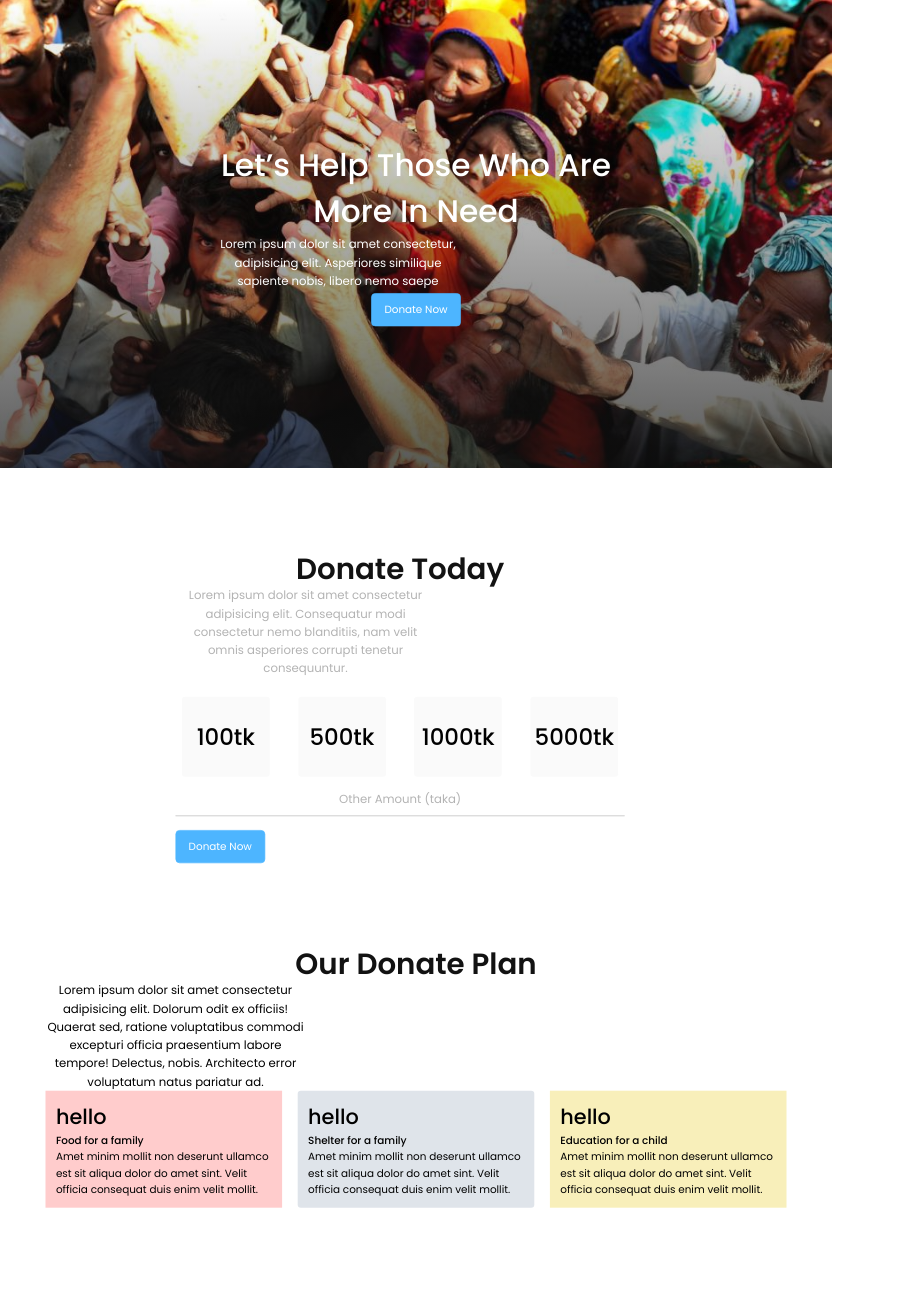
Repository: mdrubel02/donate-website
Page: index.html
An editor plug-in stored every save of this project. The page is shown before and after the next save, followed by the edit.
The browser window is 1280 px wide. The page is 1280 px wide, then 1414 px, so the pictures cover 1414 px, including what lies to the right of the window. The pictures show the whole page, at 65% of full size.

Above is the page before, as saved 2022-07-06 14:55:42.

After the next save:
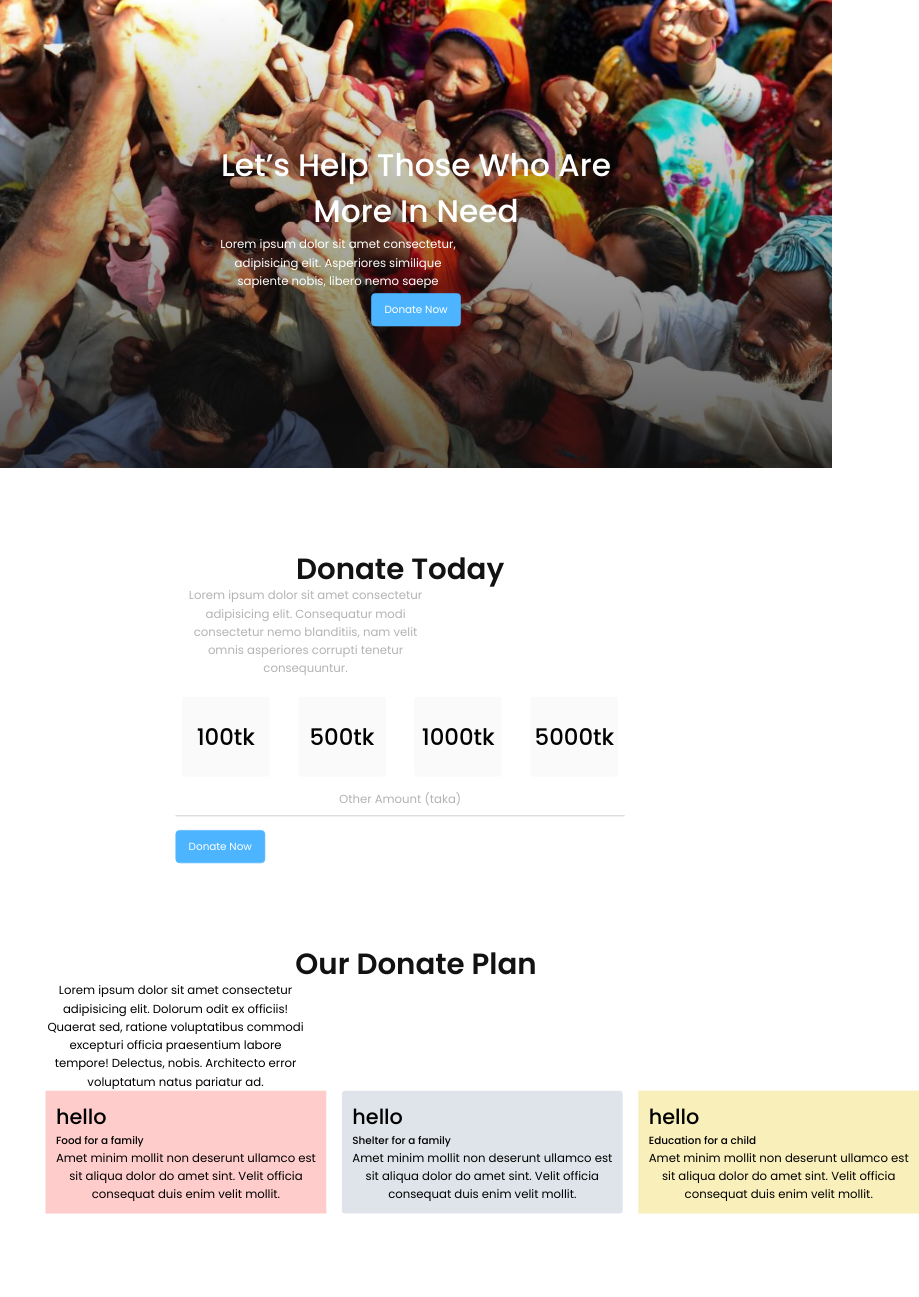
Saved 52 s later.
--- a/index.html
+++ b/index.html
@@ -56,17 +56,17 @@
             <div id="food" class="donate-plan-content">
                 <h1>hello</h1>
                 <h4>Food for a family</h4>
-                <p>Amet minim mollit non deserunt ullamco est sit aliqua dolor do amet sint. Velit officia consequat duis enim velit mollit.</p>
+                <p class="small-title">Amet minim mollit non deserunt ullamco est sit aliqua dolor do amet sint. Velit officia consequat duis enim velit mollit.</p>
             </div>
             <div id="Shelter" class="donate-plan-content">
                 <h1>hello</h1>
                 <h4>Shelter for a family</h4>
-                <p>Amet minim mollit non deserunt ullamco est sit aliqua dolor do amet sint. Velit officia consequat duis enim velit mollit.</p>
+                <p class="small-title">Amet minim mollit non deserunt ullamco est sit aliqua dolor do amet sint. Velit officia consequat duis enim velit mollit.</p>
             </div>
             <div id="education" class="donate-plan-content">
                 <h1>hello</h1>
                 <h4>Education for a child</h4>
-                <p>Amet minim mollit non deserunt ullamco est sit aliqua dolor do amet sint. Velit officia consequat duis enim velit mollit.</p>
+                <p class="small-title">Amet minim mollit non deserunt ullamco est sit aliqua dolor do amet sint. Velit officia consequat duis enim velit mollit.</p>
             </div>
         </div>
     </div>
